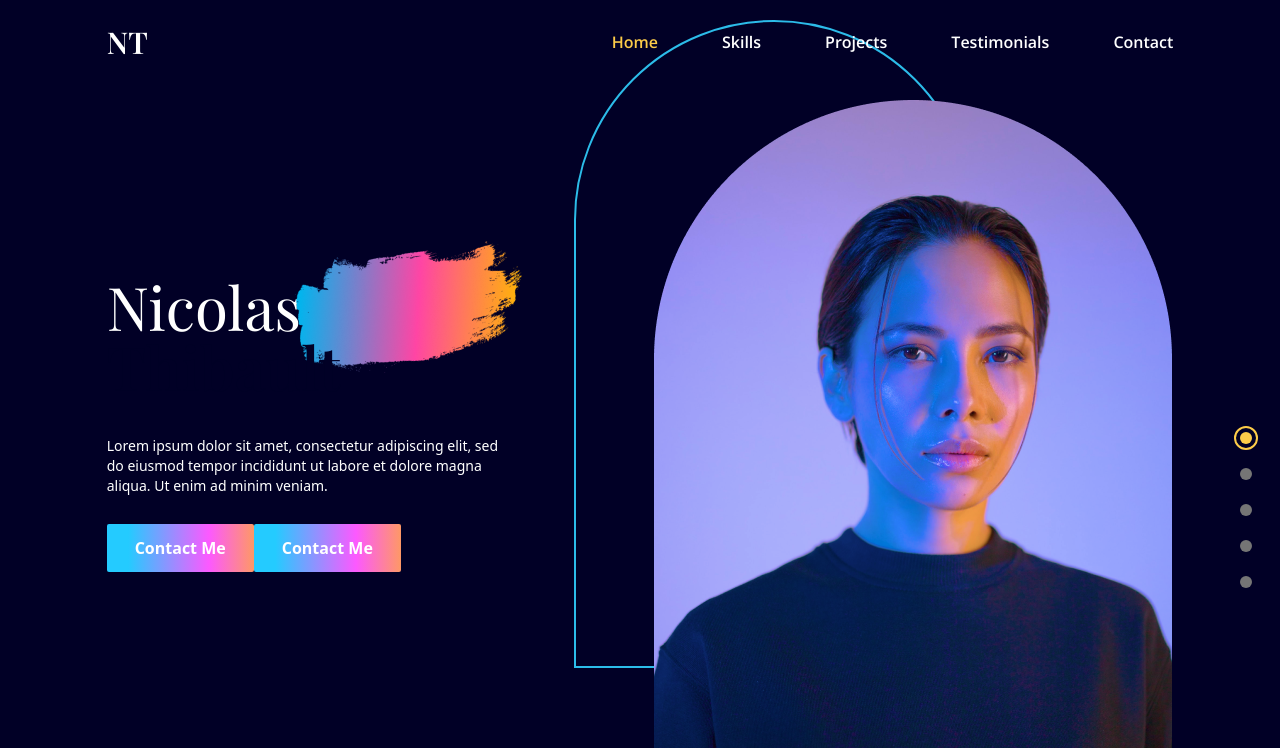
Repository: thibaultNicolas/portfolio-react
Page: /
These files come from the project's save history. The page is drawn as it stood at one moment and after the next save; the edit follows.
The browser window is 1280 px wide. The pictures show the whole page.
The project was rebuilt for these pictures with package versions that can differ from the ones it lists, and the page was loaded fresh each time. Also part of the build but not shown: next.config.ts.

Above is the page before, as saved 2023-01-08 10:48:38.

After the next save:
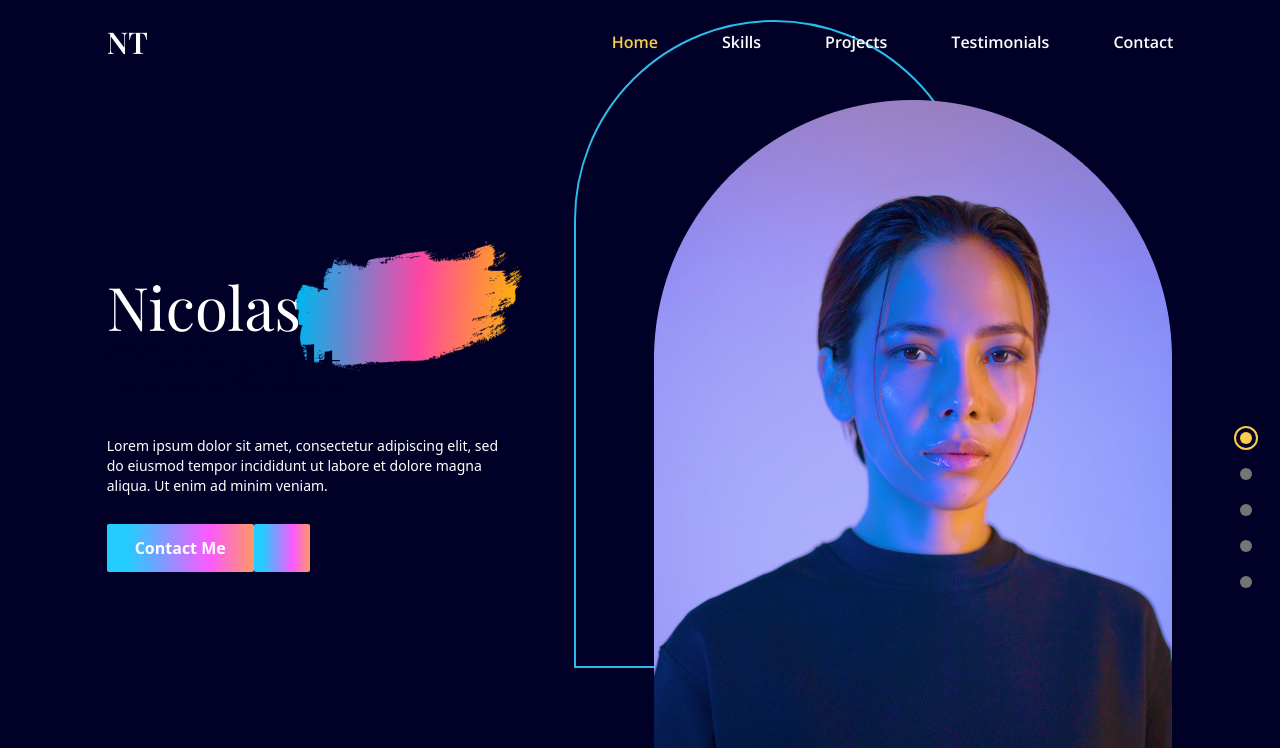
Saved 8 s later.
--- a/src/scenes/Landing.jsx
+++ b/src/scenes/Landing.jsx
@@ -82,7 +82,9 @@ const Landing = ({ setSelectedPage }) => {
                     className='bg-gradient-rainblue txt-deep-blue rounded-sm py-3 px-7 font-semibold hover:bg-blue hover:text-white transition duration-500'
                     onClick={()=> setSelectedPage("contact")}
                     href="#contact">
-                        Contact Me
+                        <div>
+
+                        </div>
                     </AnchorLink>
                 </motion.div>
             </div>
